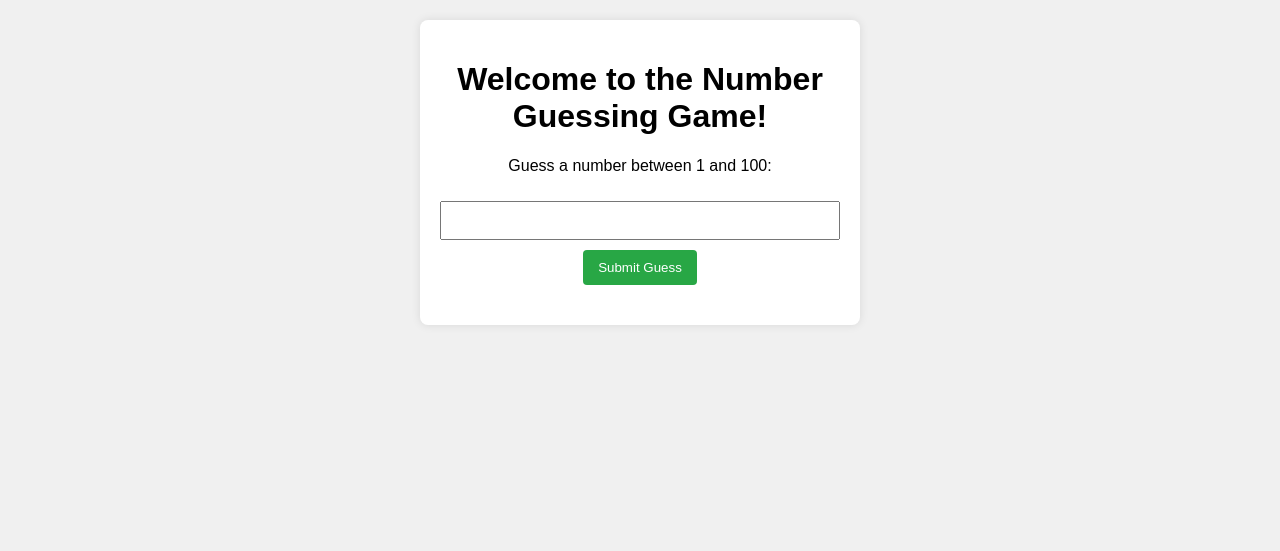
Repository: Rahim-Ullah/hexoforge-bootcamp
Page: phase-2-js-basic/guessing-game.html
The author's editor kept a copy of each file at every save. The page is drawn from the files as they stood at one save, then again after the next save.
The browser window is 1280 px wide. The pictures show the whole page.

Above is the page before, as saved 2025-09-06 12:37:10.

After the next save:
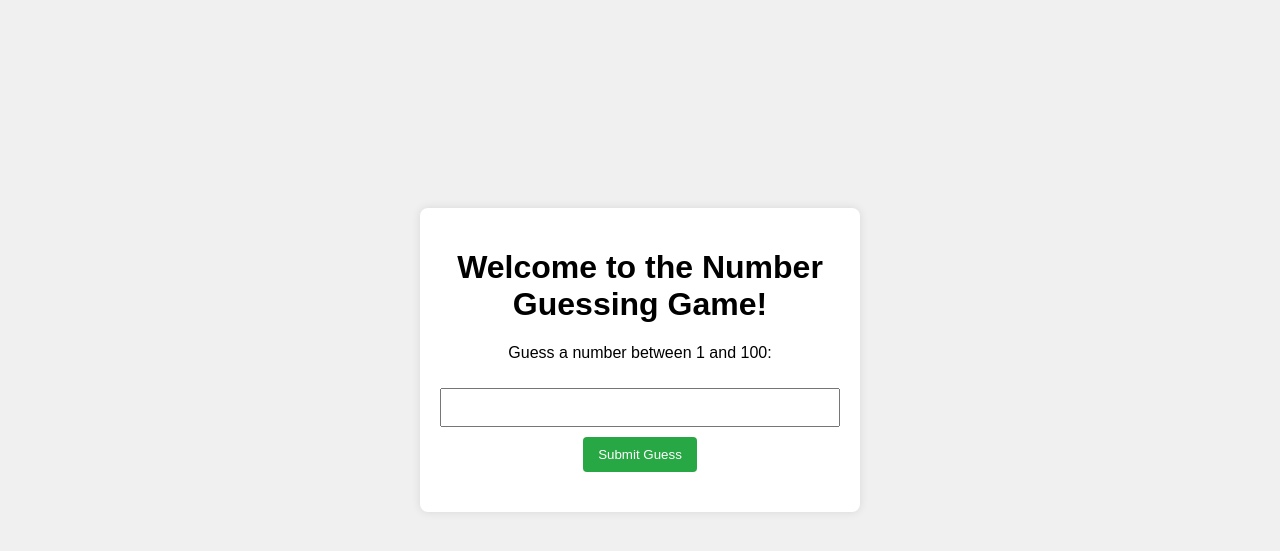
Saved 55 s later.
--- a/phase-2-js-basic/guessing-game.html
+++ b/phase-2-js-basic/guessing-game.html
@@ -6,21 +6,25 @@
     <meta name="viewport" content="width=device-width, initial-scale=1.0">
     <title>Number guessing game</title>
     <style>
+        html, body {
+            height: 100%;
+            margin: 0;
+            padding: 0;
+        }
+
         body {
             font-family: Arial, sans-serif;
-            margin: 20px;
             background-color: #f0f0f0;
+            min-height: 100vh;
             display: flex;
-            flex-direction: column;
             justify-content: center;
             align-items: center;
         }
 
         .container {
             max-width: 400px;
-            /* margin: auto; */
+            width: 100%;
             text-align: center;
-            align-self: center;
             padding: 20px;
             background-color: white;
             border-radius: 8px;
